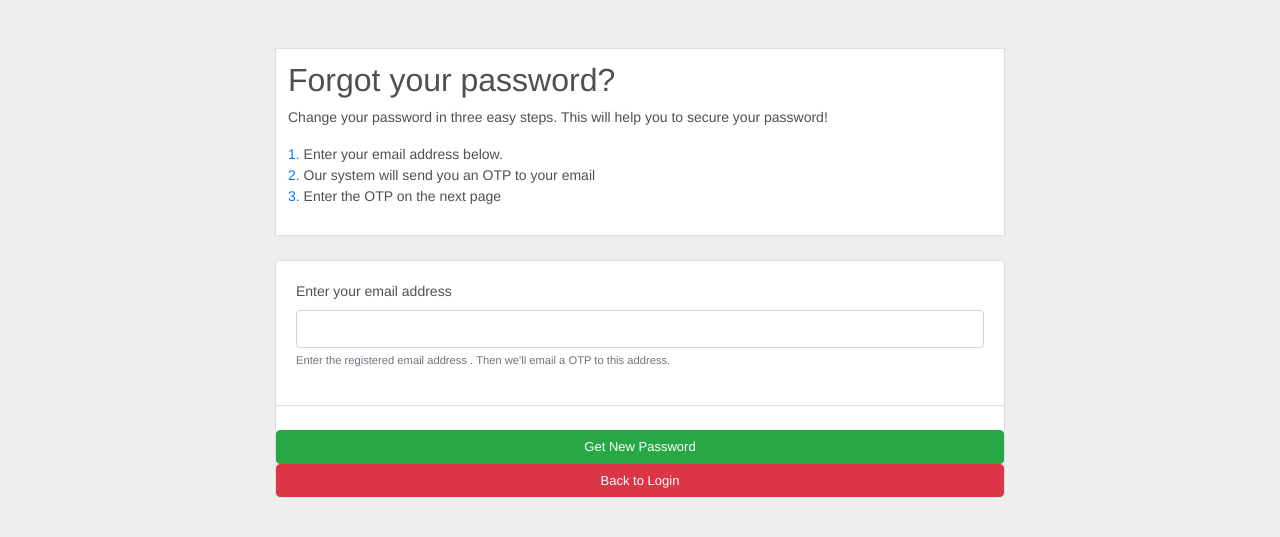
Repository: Hammam0827/maven-jenkins-exercise
Page: http://localhost/devops_project/forgotPassword.jsp
The author's editor kept a copy of each file at every save. The page is drawn from the files as they stood at one save, then again after the next save.
The browser window is 1280 px wide. The pictures show the whole page.
Some web libraries are served in a nearby version. The page is served by Tomcat 9. Other server files are loaded and not shown.

Above is the page before, as saved 2022-12-01 10:34:45.

### devops_project/src/main/webapp/forgotPassword.jsp
<!doctype html>
<html>
<head>
<meta charset='utf-8'>
<meta name='viewport' content='width=device-width, initial-scale=1'>
<title>Forgot Password</title>
<link
	href='https://stackpath.bootstrapcdn.com/bootstrap/4.1.1/css/bootstrap.min.css'
	rel='stylesheet'>
<link href='' rel='stylesheet'>
<script type='text/javascript'
	src='https://cdnjs.cloudflare.com/ajax/libs/jquery/3.2.1/jquery.min.js'></script>
<style>
body {
	background-position: center;
	background-color: #eee;
	background-repeat: no-repeat;
	background-size: cover;
	color: #505050;
	font-family: "Rubik", Helvetica, Arial, sans-serif;
	font-size: 14px;
	font-weight: normal;
	line-height: 1.5;
	text-transform: none
}

.forgot {
	background-color: #fff;
	padding: 12px;
	border: 1px solid #dfdfdf
}

.padding-bottom-3x {
	padding-bottom: 72px !important
}

.card-footer {
	background-color: #fff
}

.btn {
	font-size: 13px
}

.form-control:focus {
	color: #495057;
	background-color: #fff;
	border-color: #76b7e9;
	outline: 0;
	box-shadow: 0 0 0 0px #28a745
}
</style>
</head>
<body oncontextmenu='return false' class='snippet-body'>
	<div class="container padding-bottom-3x mb-2 mt-5">
		<div class="row justify-content-center">
			<div class="col-lg-8 col-md-10">
				<div class="forgot">
					<h2>Forgot your password?</h2>
					<p>Change your password in three easy steps. This will help you
						to secure your password!</p>
					<ol class="list-unstyled">
						<li><span class="text-primary text-medium">1. </span>Enter
							your email address below.</li>
						<li><span class="text-primary text-medium">2. </span>Our
							system will send you an OTP to your email</li>
						<li><span class="text-primary text-medium">3. </span>Enter
							the OTP on the next page</li>
					</ol>
				</div>
				<form class="card mt-4" action="forgotPassword" method="POST">
					<div class="card-body">
						<div class="form-group">
							<label for="email-for-pass">Enter your email address</label> <input
								class="form-control" type="text" name="email"
								id="email-for-pass" required=""><small
								class="form-text text-muted">Enter the registered email
								address . Then we'll email a OTP to this address.</small>
						</div>
					</div>
					<div class="card-footer">

					</div>
					<button class="btn btn-success" type="submit">Get New
							Password</button>

					<button class="btn btn-danger" type="submit" >Back to
							Login </button>

				</form>
			</div>
		</div>
	</div>
	<script type='text/javascript'
		src='https://stackpath.bootstrapcdn.com/bootstrap/4.1.1/js/bootstrap.bundle.min.js'></script>
	<script type='text/javascript' src=''></script>
	<script type='text/javascript' src=''></script>
	<script type='text/Javascript'></script>
</body>
</html>

After the next save:
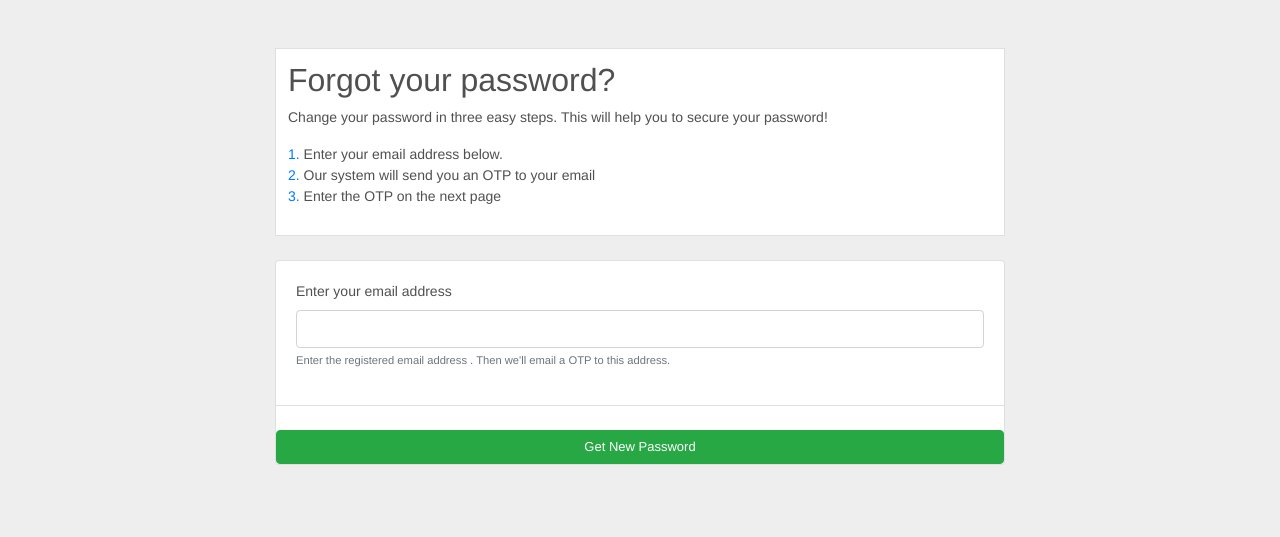
Saved 10 min 7 s later.
--- a/devops_project/src/main/webapp/forgotPassword.jsp
+++ b/devops_project/src/main/webapp/forgotPassword.jsp
@@ -84,8 +84,7 @@ body {
 					<button class="btn btn-success" type="submit">Get New
 							Password</button>
 
-					<button class="btn btn-danger" type="submit" >Back to
-							Login </button>
+
 
 				</form>
 			</div>
